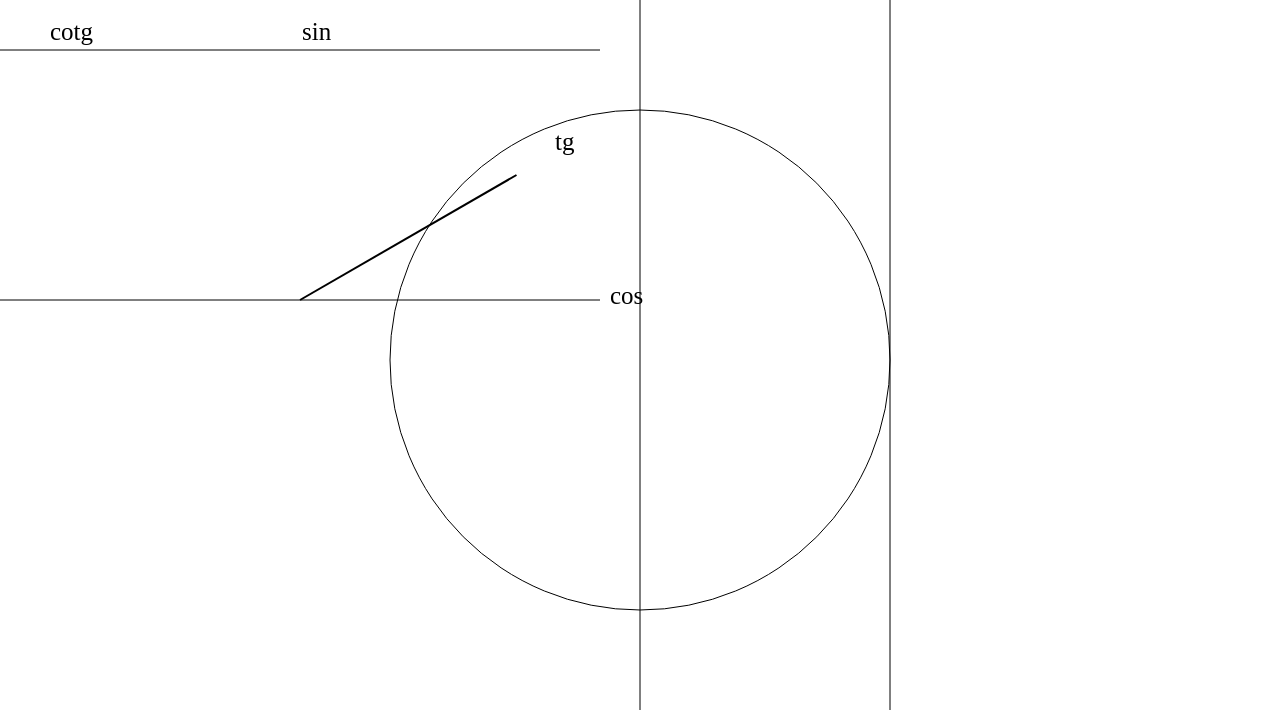
Repository: BraynStorm/braynstorm.github.io
Page: http://localhost/
An editor plug-in stored every save of this project. The page is shown before and after the next save, followed by the edit.
The browser window is 1280 px wide. The pictures show the whole page.
The page is run by PHP 8.4 with error messages shown; the project is at /var/www/html/.

Above is the page before, as saved 2015-02-24 15:37:50.

After the next save:
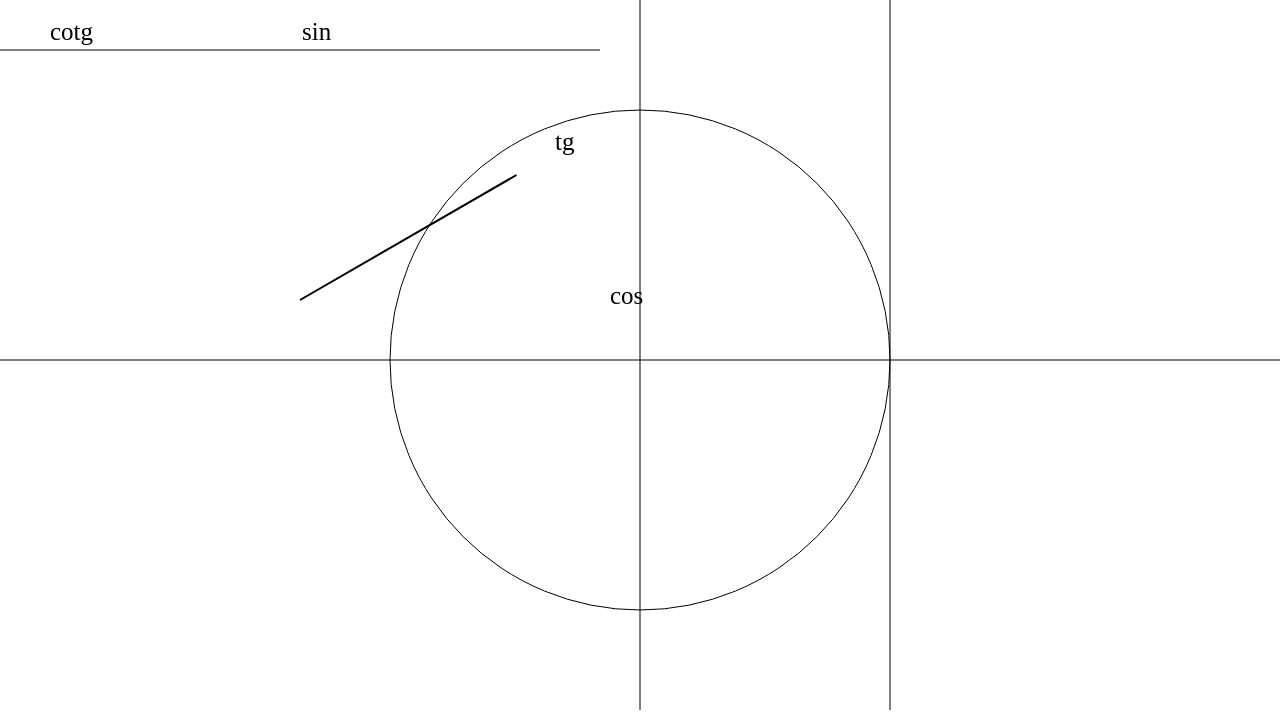
Saved 46 s later.
--- a/JSDrawing/js/swgDrawing.js
+++ b/JSDrawing/js/swgDrawing.js
@@ -30,7 +30,12 @@ $(document).ready(function (){
 
 	var cosLine = $("#cosLine");
 
-
+	cosLine.attr({
+		x1: 0,
+		y1: beginY,
+		x2: window.innerWidth,
+		y2: beginY
+	});
 
 
 	var tgLine = $("#tgLine");
